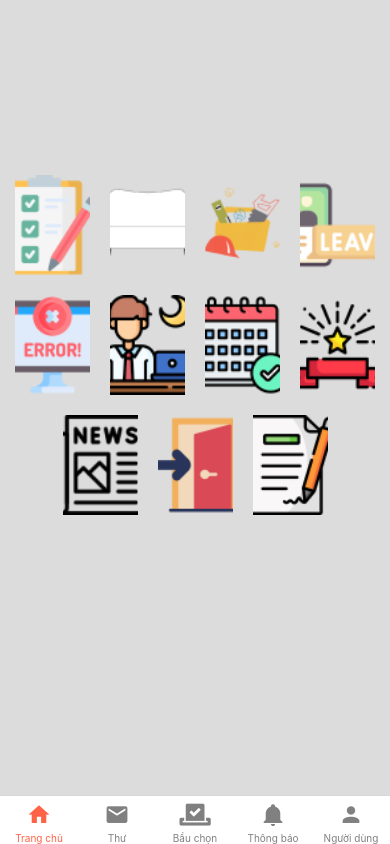
Repository: diepdung02/AppPTC
Page: /Home
The author's editor kept a copy of each file at every save. The page is drawn from the files as they stood at one save, then again after the next save.
The browser window is 390 px wide. The pictures show the whole page.
The page's requests for data from a server got no answer. The app was drawn by React Native's web renderer in a window 390 px wide. The project was rebuilt for these pictures with package versions that can differ from the ones it lists, and the page was loaded fresh each time. No one was signed in, and anything a server would have sent is missing. Also part of the build but not shown: screen/home/MailScreen.tsx, screen/home/NotificationScreen.tsx, screen/home/UserScreen.tsx, screen/home/VoteScreen.tsx.

Above is the page before, as saved 2024-06-30 15:23:17.

### App.tsx
// App.tsx

import React from 'react';
import { NavigationContainer } from '@react-navigation/native';
import { createStackNavigator } from '@react-navigation/stack';
import { LoginScreen, HomeScreen, NotificationScreen, UserScreen, MailScreen, VoteScreen } from './screen/index';
import { createBottomTabNavigator } from '@react-navigation/bottom-tabs';
import { MaterialCommunityIcons, FontAwesome5 } from '@expo/vector-icons'; // Sử dụng MaterialCommunityIcons từ expo/vector-icons

const Stack = createStackNavigator();
const Tab = createBottomTabNavigator();

const HomeTabNavigator: React.FC = () => {
  return (
    <Tab.Navigator
      initialRouteName="HomeTab"
      screenOptions={{
        tabBarActiveTintColor: 'tomato',
        tabBarInactiveTintColor: 'gray',
        tabBarStyle: { display: 'flex' },
      }}
    >
      <Tab.Screen
        name="HomeTab"
        component={HomeScreen}
        options={{
          headerShown: false,
          tabBarLabel: 'Trang chủ',
          tabBarIcon: ({ color, size }) => (
            <MaterialCommunityIcons name="home" color={color} size={size} />
          ),
        }}
      />

      <Tab.Screen
        name="Mail"
        component={MailScreen}
        options={{
          headerShown: false,
          tabBarLabel: 'Thư',
          tabBarIcon: ({ color, size }) => (
            <MaterialCommunityIcons name="email" color={color} size={size} />
          ),
        }}
      />

      <Tab.Screen
        name="Vote"
        component={VoteScreen}
        options={{
          headerShown: false,
          tabBarLabel: 'Bầu chọn',
          tabBarIcon: ({ color, size }) => (
            <FontAwesome5 name="vote-yea" color={color} size={size} />
          ),
        }}
      />

      <Tab.Screen
        name="Notifications"
        component={NotificationScreen}
        options={{
          headerShown: false,
          tabBarLabel: 'Thông báo',
          tabBarIcon: ({ color, size }) => (
            <MaterialCommunityIcons name="bell" color={color} size={size} />
          ),
        }}
      />
      <Tab.Screen
        name="User"
        component={UserScreen}
        options={{
          headerShown: false,
          tabBarLabel: 'Người dùng',
          tabBarIcon: ({ color, size }) => (
            <MaterialCommunityIcons name="account" color={color} size={size} />
          ),
        }}
      />
    </Tab.Navigator>
  );
}

const App: React.FC = () => {
  return (
    <NavigationContainer>
      <Stack.Navigator initialRouteName="Login">
        <Stack.Screen name="Login" component={LoginScreen} options={{ headerShown: false }} />
        <Stack.Screen name="Home" component={HomeTabNavigator} options={{ headerShown: false }} />
      </Stack.Navigator>
    </NavigationContainer>
  );
};

export default App;

### screen/index.tsx
import LoginScreen from './auth/LoginScreen';
import HomeScreen from './home/HomeScreen';
// screen/index.tsx

export { default as MailScreen } from './home/MailScreen';
export { default as NotificationScreen } from './home/NotificationScreen';
export { default as UserScreen } from './home/UserScreen';
export { default as VoteScreen } from './home/VoteScreen';


export{
    LoginScreen,
    HomeScreen,

}

### screen/auth/LoginScreen.tsx
// LoginScreen.tsx
import React, { useState, useEffect } from 'react';
import { View, TextInput, StyleSheet, TouchableOpacity, Text, Image } from 'react-native';
import { FontAwesome, MaterialIcons } from '@expo/vector-icons';
import { Formik } from 'formik';
import * as Yup from 'yup';
import AsyncStorage from '@react-native-async-storage/async-storage';
import COLORS from '../../constants/Color';
import { login, ApiResponse } from '../../API'; // Import API functions

type LoginProps = {
  navigation: any;
};

type FormValues = {
  username: string;
  password: string;
};

const LoginScreen: React.FC<LoginProps> = ({ navigation }) => {
  const [hidePassword, setHidePassword] = useState<boolean>(true);
  const [rememberPassword, setRememberPassword] = useState<boolean>(false);

  useEffect(() => {
    const checkRememberPassword = async () => {
      try {
        const savedPassword = await AsyncStorage.getItem('password');
        if (savedPassword) {
          setRememberPassword(true);
        }
      } catch (error) {
        console.error('Error reading password from AsyncStorage:', error);
      }
    };
    checkRememberPassword();
  }, []);

  const togglePasswordVisibility = () => {
    setHidePassword(!hidePassword);
  };

  const handleLogin = async (values: FormValues) => {
    try {
      const { username, password } = values;
      const response: ApiResponse<any> = await login({ username, password });
      if (response.success) {
        // Xử lý khi đăng nhập thành công
        alert('Đăng nhập thành công!');
        navigation.navigate('Home');
      } else {
        // Xử lý khi đăng nhập thất bại
        alert('Đăng nhập thất bại! ' + response.error);
      }
    } catch (error) {
      console.error('Error logging in:', error);
      alert('Đăng nhập thất bại! Vui lòng thử lại.');
    }
  };

  const validationSchema = Yup.object({
    username: Yup.string().required('Chưa nhập tên đăng nhập'),
    password: Yup.string().required('Chưa nhập mật khẩu'),
  });

  return (
    <Formik
      initialValues={{
        username: '',
        password: '',
      }}
      validationSchema={validationSchema}
      onSubmit={(values) => handleLogin(values)}
    >
      {({ values, touched, errors, handleChange, handleSubmit, handleBlur }) => (
        <View style={styles.container}>
          <Image source={require('../../assets/logo.png')} style={styles.logo} />
          <View style={styles.inputContainer}>
            <FontAwesome name="user" size={20} color="black" />
            <TextInput
              style={styles.textInput}
              placeholder="Username"
              value={values.username}
              onChangeText={handleChange('username')}
              onBlur={handleBlur('username')}
            />
          </View>
          {touched.username && errors.username && (
            <Text style={styles.errorText}>{errors.username}</Text>
          )}

          <View style={styles.inputContainer}>
            <FontAwesome name="lock" size={20} color="black" />
            <TextInput
              style={styles.textInput}
              placeholder="Password"
              secureTextEntry={hidePassword}
              value={values.password}
              onChangeText={handleChange('password')}
              onBlur={handleBlur('password')}
            />
            <TouchableOpacity onPress={togglePasswordVisibility}>
              <MaterialIcons
                name={hidePassword ? 'visibility-off' : 'visibility'}
                size={20}
                color="black"
              />
            </TouchableOpacity>
          </View>
          {touched.password && errors.password && (
            <Text style={styles.errorText}>{errors.password}</Text>
          )}

          <TouchableOpacity style={styles.loginButton} onPress={handleSubmit as any}>
            <Text style={styles.buttonText}>Login</Text>
          </TouchableOpacity>
          <TouchableOpacity onPress={() => navigation.navigate('ForgotPassword')}>
            <Text style={styles.forgotPasswordText}>Forgot Password?</Text>
          </TouchableOpacity>
        </View>
      )}
    </Formik>
  );
};

const styles = StyleSheet.create({
  container: {
    flex: 1,
    backgroundColor: COLORS.colorMain,
    alignItems: 'center',
    justifyContent: 'center',
  },
  logo: {
    width: 150,
    height: 150,
    marginBottom: 50,
  },
  inputContainer: {
    flexDirection: 'row',
    alignItems: 'center',
    backgroundColor: '#FFFFFF',
    borderRadius: 5,
    width: '80%',
    marginBottom: 20,
    padding: 10,
  },
  textInput: {
    flex: 1,
    marginLeft: 10,
  },
  loginButton: {
    backgroundColor: COLORS.blue,
    width: '80%',
    padding: 15,
    borderRadius: 5,
    alignItems: 'center',
  },
  buttonText: {
    color: 'white',
    fontSize: 16,
  },
  forgotPasswordText: {
    color: '#005A8C',
    marginTop: 20,
  },
  errorText: {
    color: 'red',
    fontSize: 12,
    marginBottom: 20,
  },
});

export default LoginScreen;

### screen/home/HomeScreen.tsx
import React, { useEffect, useState } from 'react';
import { View, Text, Image, StyleSheet, SafeAreaView, TouchableOpacity } from 'react-native';
import COLORS from '../../constants/Color';
import { ApiResponse, fetchUser } from '../../API'; // Điều chỉnh đường dẫn để phù hợp với cấu trúc tệp của bạn

const HomeScreen: React.FC = () => {
  const [userData, setUserData] = useState<any>({});

  useEffect(() => {
    const fetchUserData = async () => {
      const userId = '1'; // Thay thế với userId thực tế hoặc lấy động
      const response: ApiResponse<any> = await fetchUser(userId);
      if (response.success) {
        setUserData(response.data); // Giả định API trả về một đối tượng có các thuộc tính 'name' và 'dept'
      } else {
        console.error('Lỗi khi lấy dữ liệu người dùng:', response.error);
      }
    };

    fetchUserData();
  }, []);

  // Xử lý khi nhấn vào từng icon
  const handleIconPress = (iconName: string) => {
    // Viết xử lý khi nhấn vào từng icon ở đây
    console.log('Bạn đã nhấn vào icon:', iconName);
  };

  return (
    <SafeAreaView style={styles.container}>
      <View style={styles.inforContainer}>
        <Image source={{ uri: userData.avatar }} style={styles.avatar} />
        <View style={styles.txtInfor}>
          <Text style={styles.txtName}>{userData.name}</Text>
          <Text style={styles.txtDept}>{userData.dept}</Text>
        </View>
      </View>

      <View style={styles.iconContainer}>
        <TouchableOpacity onPress={() => handleIconPress('check')}>
          <Image source={require('../../assets/check .png')} style={styles.icon} />
        </TouchableOpacity>
        <TouchableOpacity onPress={() => handleIconPress('product')}>
          <Image source={require('../../assets/Product.png')} style={styles.icon} />
        </TouchableOpacity>
        <TouchableOpacity onPress={() => handleIconPress('output')}>
          <Image source={require('../../assets/Output.png')} style={styles.icon} />
        </TouchableOpacity>
        <TouchableOpacity onPress={() => handleIconPress('leave')}>
          <Image source={require('../../assets/leave 1.png')} style={styles.icon} />
        </TouchableOpacity>
        <TouchableOpacity onPress={() => handleIconPress('error')}>
          <Image source={require('../../assets/Error.png')} style={styles.icon} />
        </TouchableOpacity>
        <TouchableOpacity onPress={() => handleIconPress('error')}>
          <Image source={require('../../assets/ot request.png')} style={styles.icon} />
        </TouchableOpacity>
        <TouchableOpacity onPress={() => handleIconPress('group')}>
          <Image source={require('../../assets/Group 23.png')} style={styles.icon} />
        </TouchableOpacity>
        <TouchableOpacity onPress={() => handleIconPress('evaluate')}>
          <Image source={require('../../assets/evaluate.png')} style={styles.icon} />
        </TouchableOpacity>
        <TouchableOpacity onPress={() => handleIconPress('news')}>
          <Image source={require('../../assets/news.png')} style={styles.icon} />
        </TouchableOpacity>
        <TouchableOpacity onPress={() => handleIconPress('group12573')}>
          <Image source={require('../../assets/Group 12573.png')} style={styles.icon} />
        </TouchableOpacity>
        <TouchableOpacity onPress={() => handleIconPress('group12574')}>
          <Image source={require('../../assets/Group 12574.png')} style={styles.icon} />
        </TouchableOpacity>
      </View>
    </SafeAreaView>
  );
};

const styles = StyleSheet.create({
  container: {
    flex: 1,
    backgroundColor: COLORS.colorMain,
  },
  avatar: {
    width: 75,
    height: 75,
    marginTop: 70,
    marginLeft: 20,
  },
  inforContainer: {
    flexDirection: 'row',
    alignItems: 'center',
  },
  txtInfor: {
    marginTop: 70,
    paddingLeft: 10,
  },
  txtName: {
    fontSize: 20,
  },
  txtDept: {
    fontSize: 18,
  },
  iconContainer: {
    flexDirection: 'row',
    flexWrap: 'wrap',
    justifyContent: 'center',
    marginTop: 20,
  },
  icon: {
    width: 75,
    height: 100,
    margin: 10,
  },
});

export default HomeScreen;

### constants/Color.tsx
const COLORS = {
    colorMain:"#DCDCDC",
    blue: "#09648C"

  };
  export default COLORS;

### API.ts
// api.ts
export interface ApiResponse<T> {
  success: boolean;
  data?: T;
  error?: string;
}

export const fetchData = async (): Promise<ApiResponse<any>> => {
  try {
    const response = await fetch('https://668100b656c2c76b495d38a8.mockapi.io/PTC');
    if (!response.ok) {
      throw new Error('Network response was not ok');
    }
    const data = await response.json();
    return { success: true, data };
  } catch (error) {
    console.error('Error fetching data:', error);
    return { success: false, error: 'Error fetching data' };
  }
};

export interface LoginRequest {
  username: string;
  password: string;
}

export const login = async ({ username, password }: LoginRequest): Promise<ApiResponse<any>> => {
  try {
    const response = await fetch('https://668100b656c2c76b495d38a8.mockapi.io/PTC', {
      method: 'POST',
      headers: {
        'Content-Type': 'application/json',
      },
      body: JSON.stringify({ username, password }),
    });
    if (!response.ok) {
      throw new Error('Network response was not ok');
    }
    const data = await response.json();
    return { success: true, data };
  } catch (error) {
    console.error('Error logging in:', error);
    return { success: false, error: 'Error logging in' };
  }
};

export interface User {
  id: string;
  name: string;
  avatar: string;
  dept: string;
}

export const fetchUser = async (userId: string): Promise<ApiResponse<User>> => {
  try {
    const response = await fetch(`https://668100b656c2c76b495d38a8.mockapi.io/PTC/${userId}`);
    if (!response.ok) {
      throw new Error('Network response was not ok');
    }
    const data = await response.json();
    return { success: true, data };
  } catch (error) {
    console.error('Error fetching user data:', error);
    return { success: false, error: 'Error fetching user data' };
  }
};

After the next save:
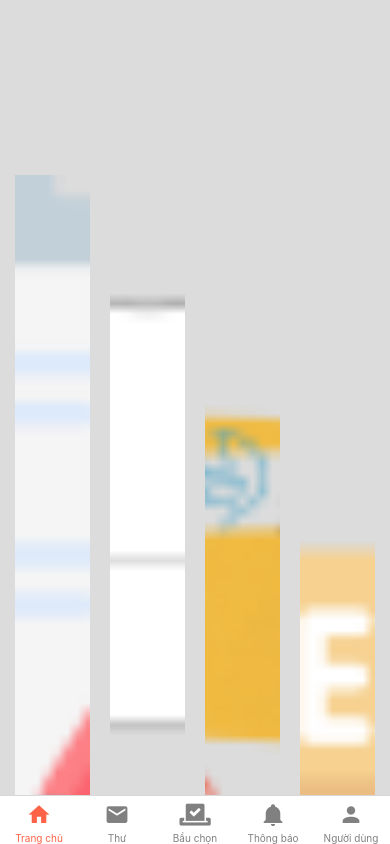
Saved 4 s later.
--- a/screen/home/HomeScreen.tsx
+++ b/screen/home/HomeScreen.tsx
@@ -108,7 +108,7 @@
   },
   icon: {
     width: 75,
-    height: 100,
+    height: 750,
     margin: 10,
   },
 });
